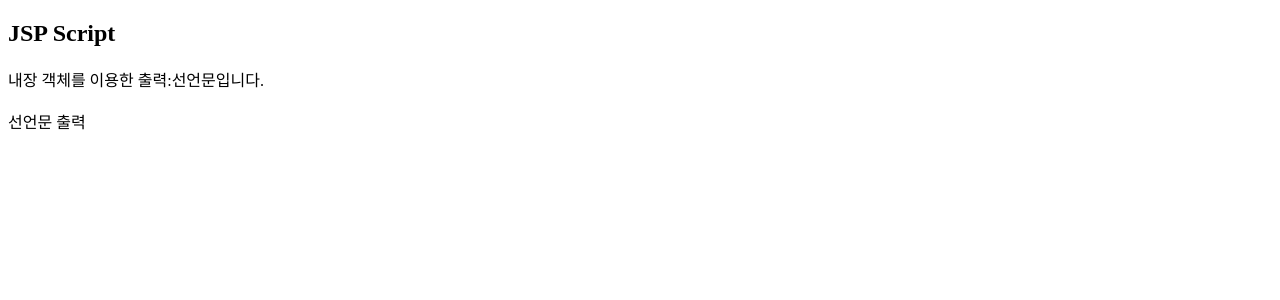
Repository: noopzzya/study_jsp_globalin
Page: http://localhost/ServletProject/sample/first.jsp
The author's editor kept a copy of each file at every save. The page is drawn from the files as they stood at one save, then again after the next save.
The browser window is 1280 px wide. The pictures show the whole page.
The page is served by Tomcat 9.

Above is the page before, as saved 2023-01-31 01:50:43.

After the next save:
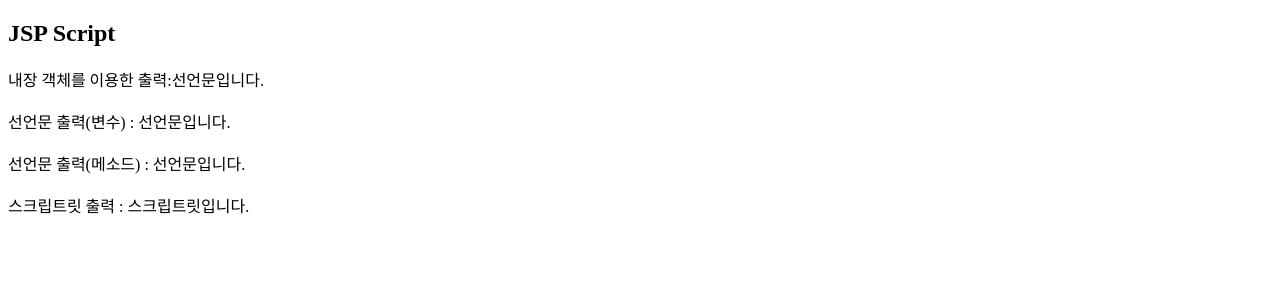
Saved 3 min 35 s later.
--- a/ServletProject/src/main/webapp/sample/first.jsp
+++ b/ServletProject/src/main/webapp/sample/first.jsp
@@ -15,7 +15,9 @@
 	out.println("내장 객체를 이용한 출력:" +declation+ "<br><br>");
 %>
 
-	선언문 출력
+	선언문 출력(변수) : <%=declation %><br><br>
+	선언문 출력(메소드) : <%=declationMethod() %><br><br>
+	스크립트릿 출력 : <%=scriptlet %><br><br>
 
 <%! // declation 변수 선언
 	String declation = "선언문입니다.";
